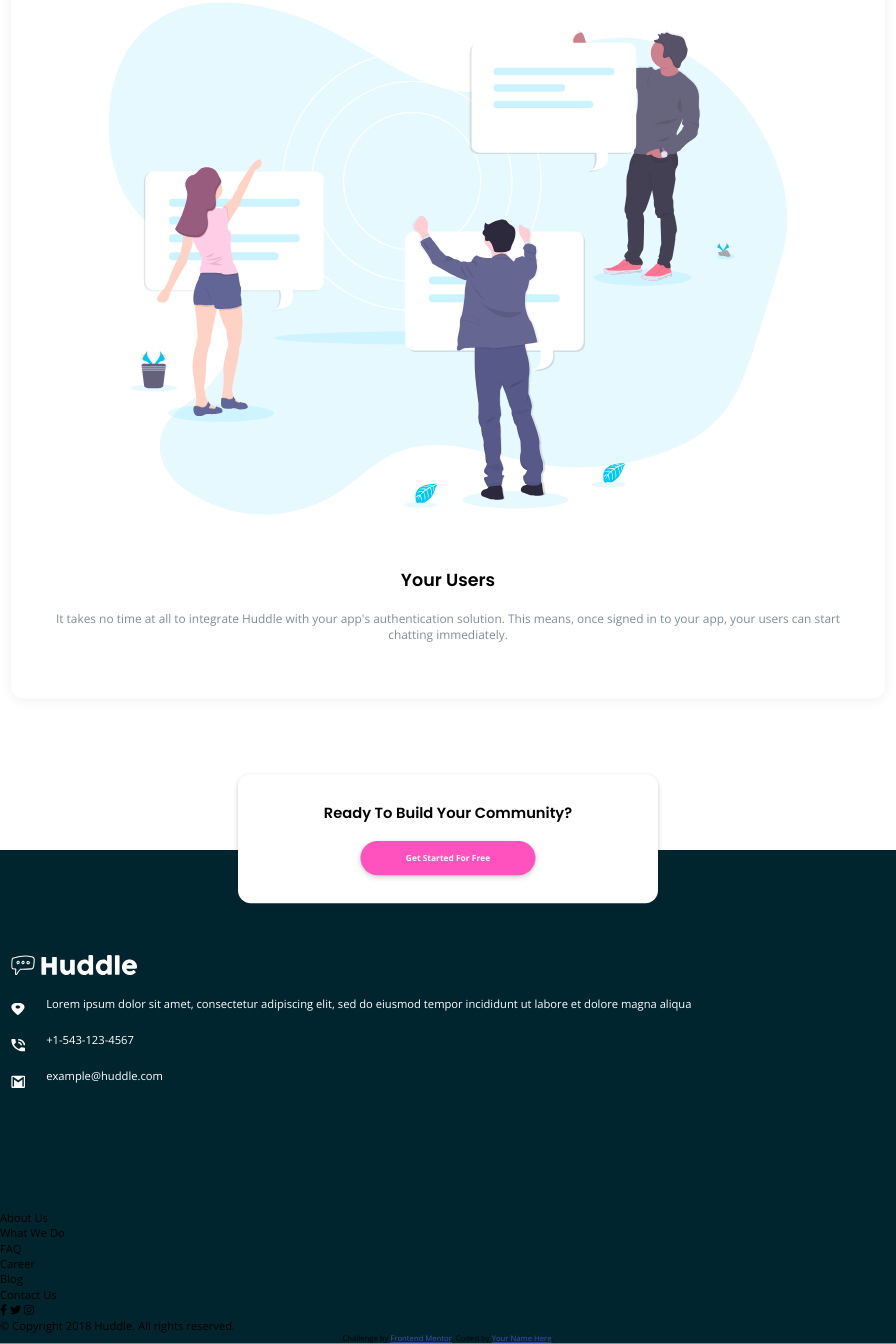
Repository: DejV44/Huddle-landing-page
Page: index.html
These files come from the project's save history. The page is drawn as it stood at one moment and after the next save; the edit follows.
The browser window is 1280 px wide. The pictures show the part of the page from y = 3645 to 5565 px (the page is 5565 px tall), at 70% of full size.
The style sheet was rebuilt from its Sass, Less or Tailwind sources for each picture, by a compiler version that may differ from the author's.

Above is the page before, as saved 2021-08-20 11:37:42.

After the next save:
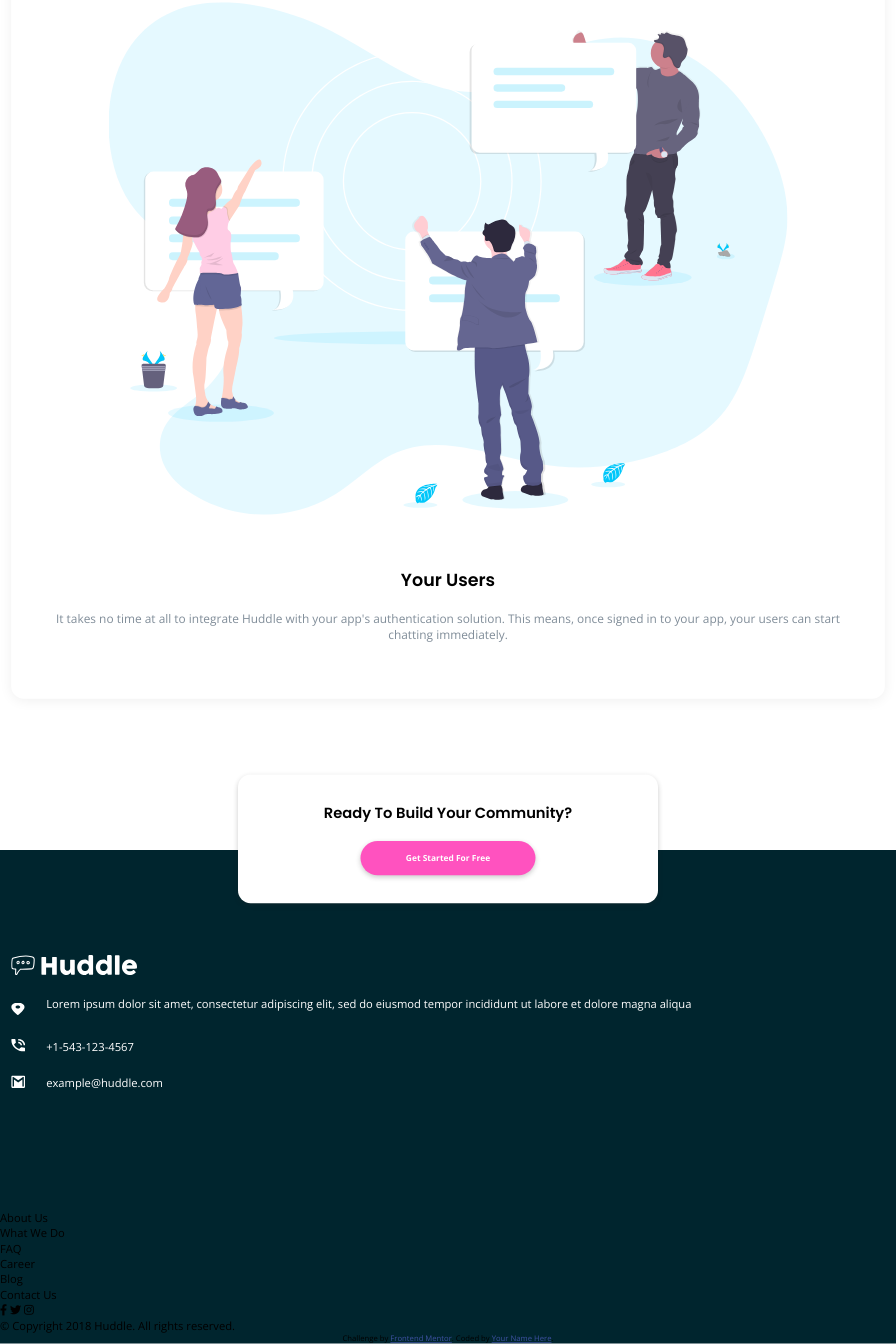
Saved 24 s later.
--- a/css/_footer.scss
+++ b/css/_footer.scss
@@ -22,6 +22,7 @@ footer {
               }
               a {
                   text-decoration: none;
+                  margin-top: 10px;
                   color: white;
               }
          }
